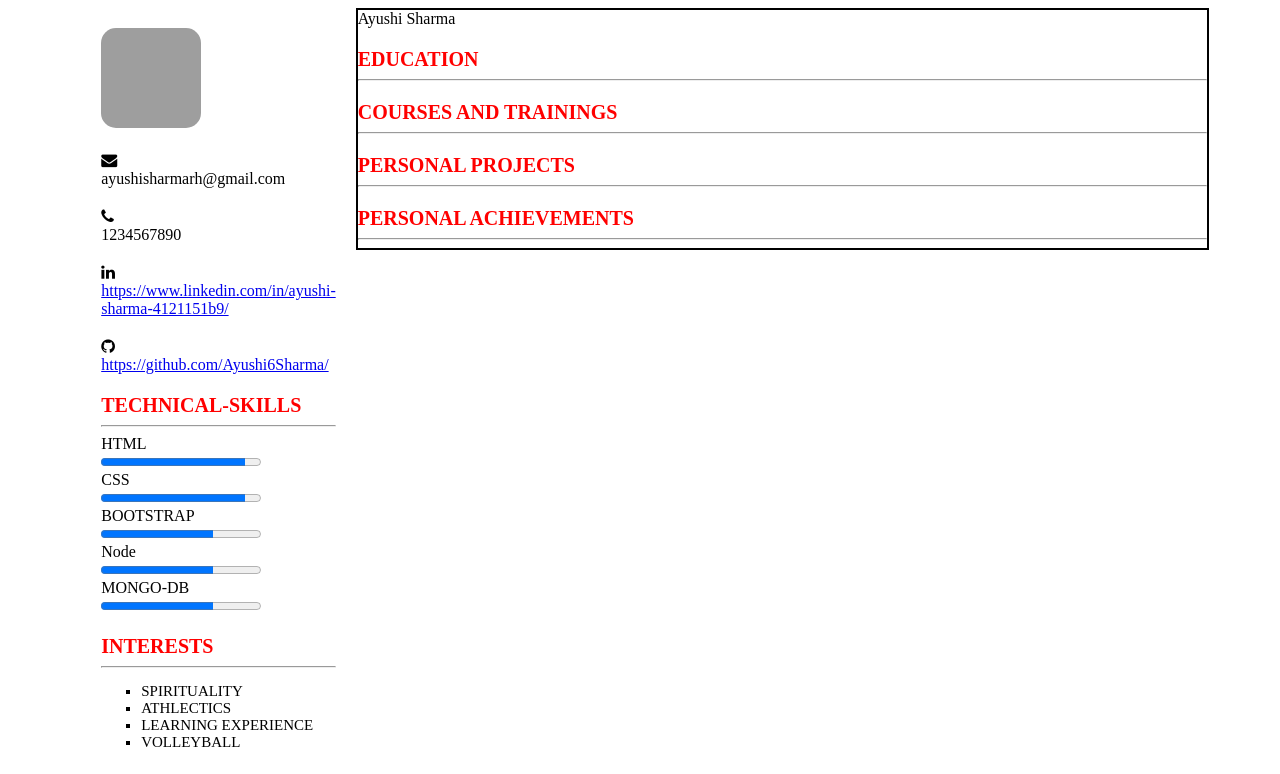
Repository: Ayushi6Sharma/Resume
Page: index.html
An editor plug-in stored every save of this project. The page is shown before and after the next save, followed by the edit.
The browser window is 1280 px wide. The pictures show the whole page.
Pictures or frames that could not be fetched are drawn as grey boxes.

Above is the page before, as saved 2022-05-04 00:46:38.

### index.html
<!DOCTYPE html>
<html lang="en">
    <head>
        <meta charset="utf-8">
        <meta http-equiv="X-UA-Compatible" content="IE=edge">
        <meta name="viewport" content="width=device-width, initial-scale=1">
        <meta name="description" content="Responsive resume for companies">
        <meta name="author" content="Ayushi Sharma">
        <div class="profile-linkedin"></div>
        <link rel="stylesheet" href="style.css">
        <!-- <link rel="stylesheet" href="https://cdn.jsdelivr.net/npm/@fortawesome/fontawesome-free@5.15.4/css/fontawesome.min.css" integrity="sha384-jLKHWM3JRmfMU0A5x5AkjWkw/EYfGUAGagvnfryNV3F9VqM98XiIH7VBGVoxVSc7" crossorigin="anonymous"> -->
        <!-- <link href="https://cdnjs.cloudflare.com/ajax/libs/font-awesome/5.13.0/css/all.min.css" rel="stylesheet"> -->
        <link rel="stylesheet" href="https://stackpath.bootstrapcdn.com/font-awesome/4.7.0/css/font-awesome.min.css" integrity="sha384-wvfXpqpZZVQGK6TAh5PVlGOfQNHSoD2xbE+QkPxCAFlNEevoEH3Sl0sibVcOQVnN" crossorigin="anonymous">
        <title>Resume</title>
    </head>
    <body>
        <main class="main-content" contenteditable="false">
            <section>
                <div class="left-main-content">
                    <!-- Profile data -->
                    <div class="profile-data">
                        <div class="profile-image">
                           <img src="https://d3dyfaf3iutrxo.cloudfront.net/thumbnail/user/6c8447b7ed274991ae4f61d43667a32b.jpeg" class="img">
                        </div>
                        <div class="profile-email">
                            <div class="email-icon">
                                <i class="fa fa-envelope"></i>
                            </div>
                            <div class="email-address">
                                ayushisharmarh@gmail.com
                            </div>
                        </div>
                        <div class="profile-contact">
                            <div class="phone-icon">
                                <i class="fa fa-phone"></i>
                            </div>
                            <div class="phone-number">
                                1234567890
                            </div>
                        </div>
                        <div class="profile-linkedin">
                            <div class="linkedid-icon">
                                <i class="fa fa-linkedin"></i>
                            </div>
                            <div class="linkedin-account">
                                <a href="https://www.linkedin.com/in/ayushi-sharma-4121151b9/">https://www.linkedin.com/in/ayushi-sharma-4121151b9/</a>
                            </div>
                        </div>
                        <div class="profile-github">
                            <div class="github-icon">
                                <i class="fa fa-github"></i>
                            </div>
                            <div class="github account-account">
                               <a href="https://github.com/Ayushi6Sharma/">https://github.com/Ayushi6Sharma/</a>
                            </div>
                        </div>
                    </div>
                    <!-- Technical Skills -->
                    <div class="technical-skills">
                        <div class="title">
                            TECHNICAL-SKILLS
                        </div>
                        <hr>
                        <div class="skills">
                            <div class="skill-item">
                                HTML
                            </div>
                            <div class="skill-knowledge">
                                <progress value="90" max="100" class="bar"></progress>
                            </div>
                        </div>
                        <div class="skills">
                            <div class="skill-item">
                                CSS
                            </div>
                            <div class="skill-knowledge">
                                <progress value="90" max="100" class="bar"></progress>
                            </div>
                        </div>
                        <div class="skills">
                            <div class="skill-item">
                                BOOTSTRAP
                            </div>
                            <div class="skill-knowledge">
                                <progress value="70" max="100" class="bar"></progress>
                            </div>
                        </div>
                        <div class="skills">
                            <div class="skill-item">
                                Node
                            </div>
                            <div class="skill-knowledge">
                                <progress value="70" max="100" class="bar"></progress>
                            </div>
                        </div>
                        <div class="skills">
                            <div class="skill-item">
                                MONGO-DB
                            </div>
                            <div class="skill-knowledge">
                                <progress value="70" max="100" class="bar"></progress>
                            </div>
                        </div>
                    </div>
                    <!-- Interests -->
                    <div class="Interests">
                        <div class="title">
                            INTERESTS
                        </div>
                        <hr>
                        <ol class="interest-items">
                            <li>SPIRITUALITY</li>
                            <li>ATHLECTICS</li>
                            <li>LEARNING EXPERIENCE</li>
                            <li>VOLLEYBALL</li>
                        </ol>

                    </div>

                </div>

            </section>
            <section>
                <div class="right-main-content">
                     <div class="about">
                         <div class="name">Ayushi Sharma</div>
                         <div class="details"></div>
                     </div>
                     <div class="education">
                         <div class="title">
                             EDUCATION
                         </div>
                         <hr>
                     </div>
                     <div class="courses-and-trainings">
                         <div class="title">COURSES AND TRAININGS</div>
                         <hr>
                     </div>
                     <div class="personal-projects">
                        <div class="title">
                            PERSONAL PROJECTS
                        </div>
                        <hr>
                     </div>
                     <div class="personal-achievements">
                        <div class="title">
                            PERSONAL ACHIEVEMENTS
                        </div>
                        <hr>
                     </div>

                </div>
            </section>
        </main>
    </body>
</html>

### style.css

.main-content
{
    display: grid;
    grid-template-columns:1fr 3fr;
    width:90%;
    margin: auto;
}
.left-main-content
 {
     /* grid-column: span 1; */
    /* border:2px solid black; */
    padding-left: 30px;
    padding-right: 20px;
}
.right-main-content
{
    /* grid-column: span 1/span 2; */
    border: 2px solid black;
}
.profile-data > div{
    margin-top: 20px;
}
/* profile data */
.img
{
    width:100px;
    height:100px;
    border-radius:15px;
    text-align: center;
}
/* technical skills */
.title{
    margin-top: 20px;
    font-weight: bold;
    font-size: 20px;
    color:red;
}
progress{
    color: aquamarine;
}
/* .bar
{
    border-radius:0px;
    background-color: aqua;
} */
/* Interest */
.interest-items{
    list-style-type: square;
    font-size: 15px;
}
@media only screen and (max-width:700px)
{   .main-content
    {
        grid-template-columns:repeat(1,1fr);
    }
}

After the next save:
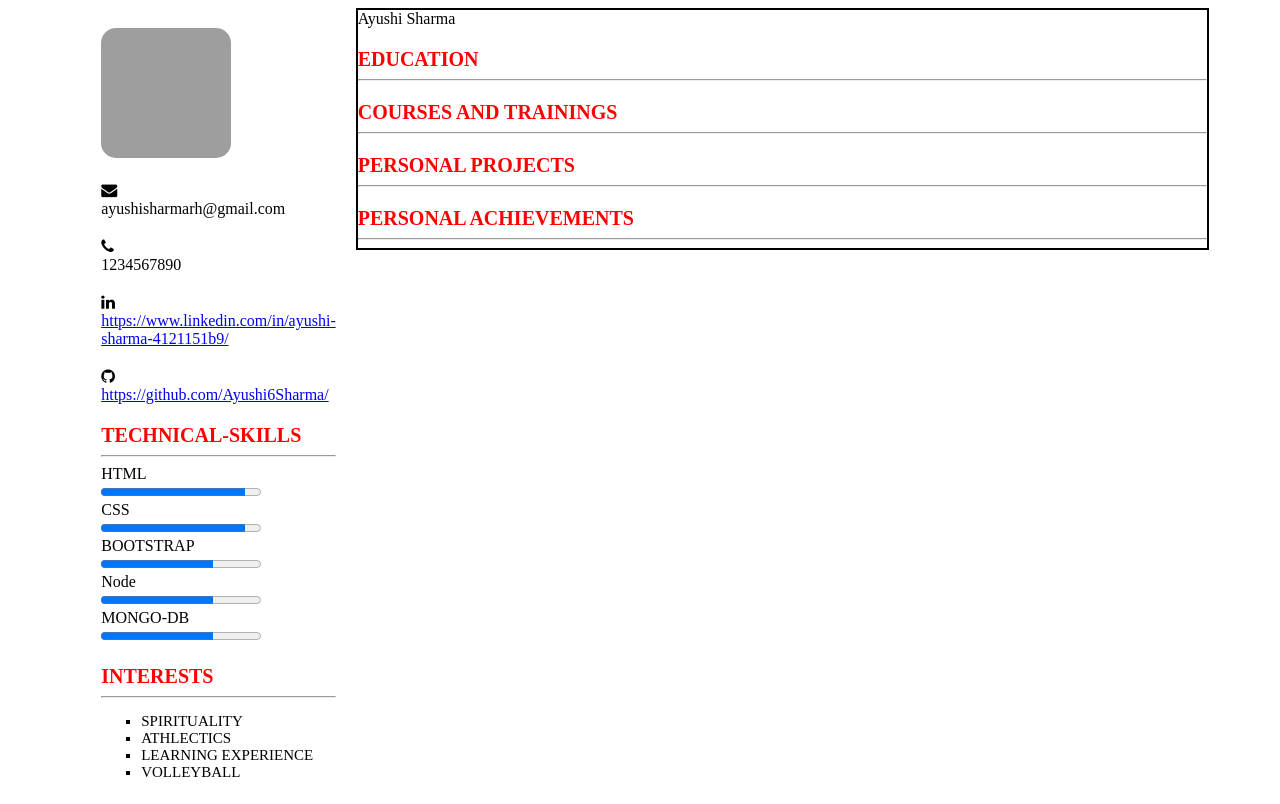
Saved 18 s later.
--- a/style.css
+++ b/style.css
@@ -24,10 +24,9 @@
 /* profile data */
 .img
 {
-    width:100px;
-    height:100px;
+    width:130px;
+    height:130px;
     border-radius:15px;
-    text-align: center;
 }
 /* technical skills */
 .title{
